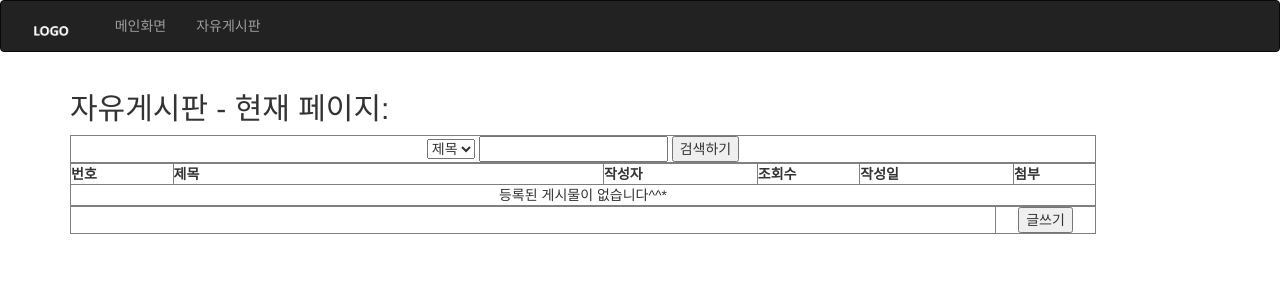
Repository: bhj305/JSP_Bulletin_Board
Page: http://localhost/BulletinBoard/14MVCBoard/List.jsp
An editor plug-in stored every save of this project. The page is shown before and after the next save, followed by the edit.
The browser window is 1280 px wide. The pictures show the whole page.
The page is served by Tomcat 10. The template is opened directly, without the code that normally fills it, so the values that code supplies are empty.

Above is the page before, as saved 2025-05-17 03:59:50.

After the next save:
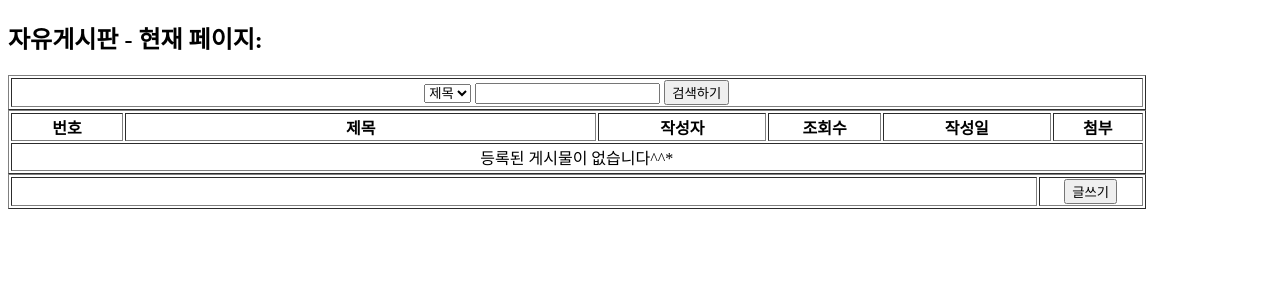
Saved 3 min 12 s later.
--- a/BulletinBoard/src/main/webapp/14MVCBoard/List.jsp
+++ b/BulletinBoard/src/main/webapp/14MVCBoard/List.jsp
@@ -11,7 +11,7 @@
 	</head>
 	<body>
 
-		<jsp:include page="../Common/Link.jsp"></jsp:include>
+		<%-- <jsp:include page="../Common/Link.jsp"></jsp:include> --%>
 		<div class="container">
 		<h2>자유게시판 - 현재 페이지: ${ map.pageNum }</h2>
 		<form method="get">  <!-- 액션 값을 정하지 않았으므로 현재페이지로 전송됨. -->
